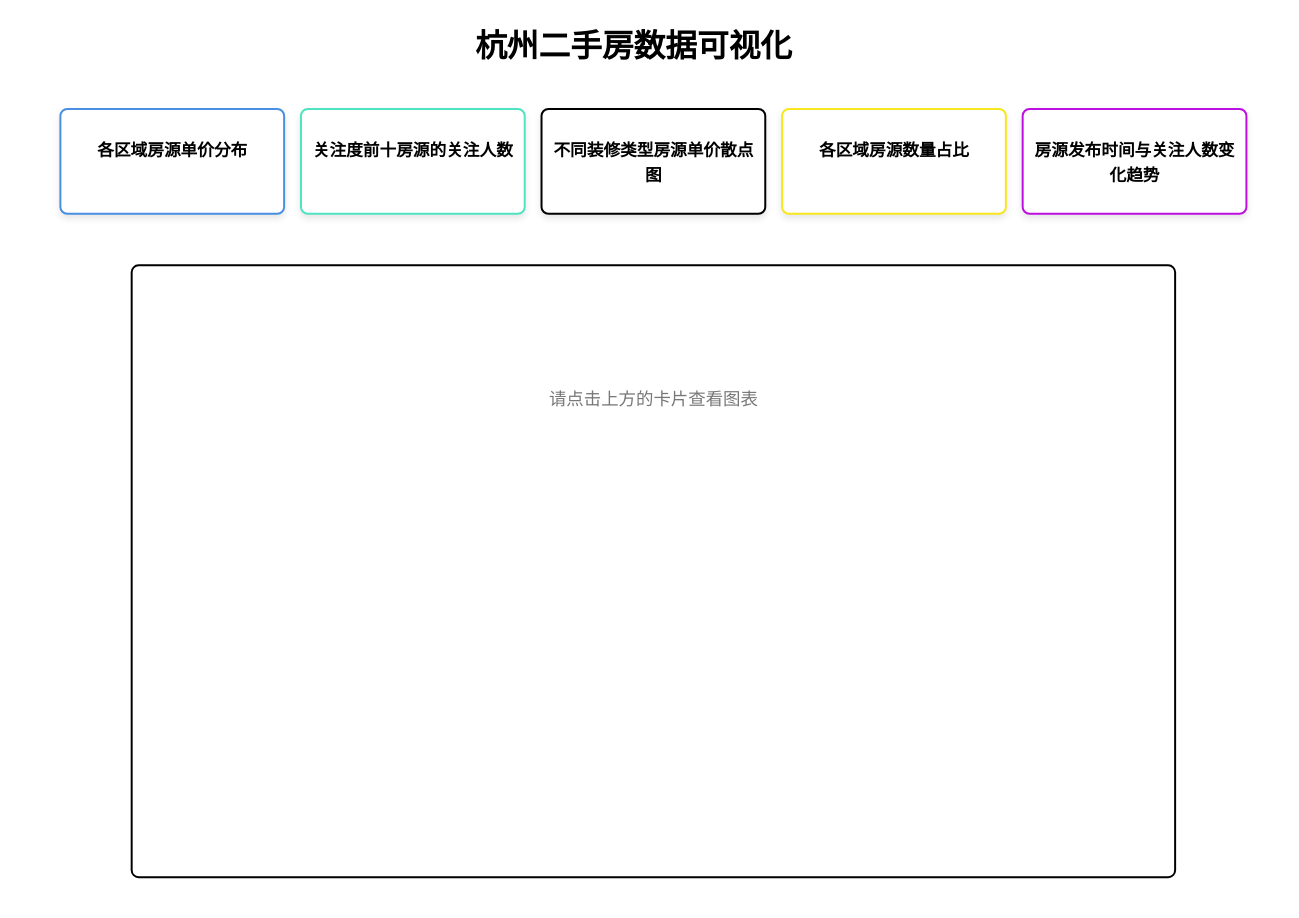
Repository: sakimi-9/DPV-SHP_HangZhou
Page: / (app in rendering/)
These files come from the project's save history. The page is drawn as it stood at one moment and after the next save; the edit follows.
The browser window is 1280 px wide. The page is 1312 px wide, so the pictures cover 1312 px, including what lies to the right of the window. The pictures show the whole page, at 99% of full size.
The project was rebuilt for these pictures with package versions that can differ from the ones it lists, and the page was loaded fresh each time. Also part of the build but not shown: rendering/vite.config.ts.

Above is the page before, as saved 2025-05-29 12:11:47.

### rendering/index.html
<!DOCTYPE html>
<html lang="en">

<head>
    <meta charset="UTF-8">
    <link rel="icon" href="/favicon.ico">
    <meta name="viewport" content="width=device-width, initial-scale=1.0">
    <title>二手房数据可视化</title>
</head>

<body>
    <div id="app"></div>
    <script type="module" src="/src/main.ts"></script>
</body>

</html>

### rendering/src/App.vue
<template>
  <div>
    <h1 style="text-align: center;">杭州二手房数据可视化</h1>

    <!-- 模式切换 UI -->


    <!-- 2D 图表区域 -->
    <HouseCharts v-if="currentMode === '2D'" :house-data="houseData" />

  </div>
</template>

<script setup lang="ts">
import { ref, onMounted } from 'vue';

// 导入新组件
import HouseCharts from './components/HouseCharts.vue';

// 导入数据解析器
import { ParsedHouse, parseHouseData } from '../util/dataParser';

// Define a ref to store the parsed data
const houseData = ref<ParsedHouse[] | null>(null);

// 定义当前模式状态
const currentMode = ref<'2D'>('2D'); // Only 2D mode is available now

// 定义控制数据分析部分显示的状态变量
const showAnalysis = ref(false);

// 切换数据分析部分显示状态的函数
const toggleAnalysis = () => {
  showAnalysis.value = !showAnalysis.value;
};

// 数据加载逻辑 (修改：先加载经纬度，再加载房源数据)
onMounted(async () => {
  try {
    const response = await fetch('/house_data.json');
    if (!response.ok) {
      throw new Error(`HTTP error! status: ${response.status}`);
    }
    const rawHouseData = await response.json();
    // 解析房源数据时传入经纬度 Map
    houseData.value = parseHouseData(rawHouseData);

    console.log('解析后的数据并存储:', houseData.value);

  } catch (error) {
    console.error('Error loading or processing data:', error);
  }
});

// 显式导出响应式变量 (可能有助于类型检查)
// export { houseData, currentMode };

</script>

<style scoped>
/* Add any specific styles for the 3D visualization container if needed */
/* Only retain App.vue's own styles */
/* HouseCharts.vue */
.chart-display-area>div[ref] {
  width: 100%;
  height: 600px;
  /* Fixed height for the chart */
}

/* HouseCharts.vue */
.chart-display-area {
  /* ... existing styles ... */
  min-height: 850px;
  /* Ensure a minimum height for the box, adjust based on chart height */
}

.chart-display-area>div[ref] {
  width: 100%;
  height: 800px;
  /* Adjusted height */
}

div {
  margin-bottom: 20px;
}

button {
  margin-right: 10px;
}

/* Add styles for the data analysis container */
.data-analysis-container {
  border: 1px solid #ccc;
  /* Add a border */
  padding: 20px;
  /* Add padding inside the box */
  margin-top: 20px;
  /* Add some space above the box */
  background-color: #f9f9f9;
  /* Add a light background color */
  border-radius: 8px;
  /* Rounded corners */
}

.data-analysis-container h2,
.data-analysis-container h3 {
  text-align: center;
  /* Center the titles within the box */
  color: #333;
  /* Darker color for titles */
  margin-bottom: 15px;
  /* Add space below titles */
}

.data-analysis-container h4 {
  margin-top: 15px;
  /* Space above h4 */
  margin-bottom: 10px;
  /* Space below h4 */
  color: #555;
  /* Slightly lighter color for h4 */
}

.data-analysis-container p {
  line-height: 1.6;
  /* Improve readability with more line spacing */
  color: #555;
  /* Slightly lighter color for text */
  margin-bottom: 10px;
  /* Adjust space between paragraphs */
}

.data-analysis-container ul {
  margin-bottom: 15px;
  /* Space below lists */
  padding-left: 20px;
  /* Indent list items */
}

.data-analysis-container ul li {
  margin-bottom: 5px;
  /* Space between list items */
  line-height: 1.5;
  /* Line spacing for list items */
  color: #555;
}


.data-analysis-container p strong {
  color: #000;
  /* Make strong text black */
}

/* Remove styles migrated to TwoDCharts.vue */
/* Keep only App.vue specific styles */

/* Example styles for layout if needed, adjust based on your structure */
/*
.container {
    max-width: 960px;
    margin: 0 auto;
    padding: 20px;
}
*/

/* Add styles for the analysis button */
.analysis-button {
  position: fixed;
  /* Fixed position relative to the viewport */
  bottom: 20px;
  /* 20px from the bottom */
  right: 20px;
  /* 20px from the right */
  z-index: 1000;
  /* Ensure it's above other content */
  padding: 10px 20px;
  font-size: 16px;
  background-color: #007bff;
  color: white;
  border: none;
  border-radius: 5px;
  cursor: pointer;
  box-shadow: 0 2px 5px rgba(0, 0, 0, 0.2);
}

.analysis-button:hover {
  background-color: #0056b3;
}
</style>

### rendering/src/components/HouseCharts.vue
<template>
    <div class="charts-container">
        <!-- Main Title - Centered in App.vue -->

        <!-- Chart Cards Grid -->
        <div class="charts-grid">
            <div v-for="(chart, index) in charts" :key="index" class="chart-card"
                :style="{ 'border-color': getCardColor(index) }" @click="selectChart(index)">
                <h3>{{ chart.title }}</h3>
            </div>
        </div>

        <!-- Chart Display Area (Black Box) -->
        <div class="chart-display-area">
            <div v-if="selectedChartIndex !== null && currentChart" class="selected-chart-content">
                <h3>{{ currentChart.title }}</h3>
                <!-- Chart rendering area - always in DOM, content controlled by JS -->
                <div ref="selectedChartDisplayRef" style="width: 100%; height: 70vh;"></div>
            </div>
            <div v-else class="placeholder-message">
                <p>请点击上方的卡片查看图表</p>
            </div>
        </div>

    </div>
</template>

<script setup lang="ts">
import { ref, onMounted, watch, computed, nextTick } from 'vue';
import * as echarts from 'echarts/core';
// Import the necessary components and charts
import { BarChart, PieChart, ScatterChart, BoxplotChart, LineChart } from 'echarts/charts';
import { GridComponent, TooltipComponent, LegendComponent, TitleComponent } from 'echarts/components';
import { CanvasRenderer } from 'echarts/renderers';

// Import data parsing functions
import {
    getAreaPriceBoxPlotData,
    getTop10FollowedHousesData,
    getRenovationPriceScatterData,
    getAreaHouseCountPieData,
    getPublishTimeFollowersTrendData
} from '../../util/chartDataParser';

echarts.use([
    BarChart,
    PieChart,
    ScatterChart,
    BoxplotChart,
    LineChart,
    GridComponent,
    TooltipComponent,
    LegendComponent,
    TitleComponent,
    CanvasRenderer,
]);

// 定义解析后的房源数据接口 (Copy from dataParser.ts for self-containment)
interface ParsedHouse {
    房源标题: string;
    室: number | null;
    厅: number | null;
    面积: number | null; // 平米
    朝向: string | null;
    装修: string | null;
    楼层信息: string | null; // 例如 "中楼层"
    总楼层: number | null;
    建筑年份: number | null; // 例如 2012
    建筑类型: string | null; // 例如 "板塔结合"
    小区名称: string | null;
    所在区域: string | null; // 例如 "临河里"
    单价: number | null; // 元/平
    关注人数: number | null;
    发布时间: string | null; // 例如 "2个月以前发布"
    标签: string[];
}

// 定义接收的 props
const props = defineProps<{ houseData: ParsedHouse[] | null }>();

// Define ref for the selected chart display area
const selectedChartDisplayRef = ref<HTMLElement | null>(null);

// Define the current chart index
const selectedChartIndex = ref<number | null>(null);

// Computed property for the current chart information
const currentChart = computed(() => {
    if (selectedChartIndex.value === null) return null;
    return charts[selectedChartIndex.value];
});

// Function to select a chart
const selectChart = (index: number) => {
    selectedChartIndex.value = index;
    console.log("Selected chart index:", selectedChartIndex.value);
};

// Function to dispose of a chart instance
const disposeChart = (chartElement: HTMLElement) => {
    const chartInstance = echarts.getInstanceByDom(chartElement);
    if (chartInstance) {
        chartInstance.dispose();
    }
};

// Function to render the selected chart
const renderSelectedChart = (
    chartInfo: { title: string, render: (element: HTMLElement, data: ParsedHouse[]) => void } | null,
    data: ParsedHouse[] | null
) => {
    // Dispose of any previously rendered chart in the display area
    if (selectedChartDisplayRef.value) {
        console.log("Disposing previous chart.");

        disposeChart(selectedChartDisplayRef.value);
        selectedChartDisplayRef.value.innerHTML = ''; // Clear previous chart content
    }

    if (!chartInfo || selectedChartIndex.value === null || !data || data.length === 0) {
        console.warn("No chart selected, no data, or chart info not ready.");
        // The placeholder is now controlled by v-else in the template
        console.log("Render conditions not met.", "Index:", selectedChartIndex.value, "Data present:", !!data, "Data length:", data ? data.length : 0);
        return;
    }

    const chartElement = selectedChartDisplayRef.value; // Get the display area element

    if (!chartElement) {
        console.warn("Chart display element is not available.");
        console.log("Render conditions not met.", "Index:", selectedChartIndex.value, "Data present:", !!props.houseData, "Data length:", props.houseData ? props.houseData.length : 0, "Element available:", !!chartElement);

        return; // Exit if the element is null
    }

    // Directly get chart info based on selected index
    if (chartElement && chartInfo) {
        // Render the current chart
        console.log(`Attempting to render chart: ${chartInfo.title}`);
        try {
            chartInfo.render(chartElement, data); // Pass the display area element to the render function
            console.log(`Successfully called render function for: ${chartInfo.title}`);
        } catch (error) {
            console.error(`Error rendering chart ${chartInfo.title}:`, error);
            chartElement.innerHTML = '<p>图表加载失败</p>';
            console.log(`Caught error during render for: ${chartInfo.title}`);
        }
    }
};

// Watch for changes in houseData or selectedChartIndex to determine if a chart *should* be rendered
watch([() => props.houseData, selectedChartIndex], async ([newData, newIndex]) => {
    // If conditions are met (data and index valid), render the chart.
    // Note: We don't await nextTick here directly for ref availability.
    // The rendering will happen when selectedChartDisplayRef becomes available.
    if (newIndex !== null && newData && newData.length > 0) {
        console.log("Data and Index valid, waiting for nextTick...");
        await nextTick(); // Wait for DOM updates

        const chartElement = selectedChartDisplayRef.value;
        if (chartElement) {
            console.log("Ref element available, attempting to render chart.", "Index:", newIndex);
            // Get the chart info directly from the charts array based on the index
            const chartInfo = charts[newIndex];
            if (chartInfo) {
                renderSelectedChart(chartInfo, newData);
            } else {
                console.error("Chart info not found for index:", newIndex);
            }
        } else {
            console.warn("Ref element not available after nextTick.");
        }
    } else {
        // If conditions are not met, dispose the current chart if it exists
        if (selectedChartDisplayRef.value) {
            console.log("Conditions not met, disposing chart.");
            disposeChart(selectedChartDisplayRef.value);
            selectedChartDisplayRef.value.innerHTML = '';
        }
    }
}, { immediate: true }); // Ensure initial check

// Function to get a color for the card based on index
const getCardColor = (index: number) => {
    const colors = ['#4A90E2', '#50E3C2', 'F5A623', '#F8E71C', '#BD10E0']; // Example colors - removed duplicate definition
    return colors[index % colors.length];
};

// --- Chart Render Functions ---

// 1. 各区域房源单价分布对比箱线图
function renderAreaPriceBoxPlot(chartElement: HTMLElement, data: ParsedHouse[]) {
    const chartData = getAreaPriceBoxPlotData(data);

    if (chartData.length === 0) {
        echarts.dispose(chartElement);
        chartElement.innerHTML = '<p>暂无区域单价分布数据</p>';
        return;
    }

    const areas = chartData.map(item => item.area);
    const prices = chartData.map(item => item.prices);

    const myChart = echarts.init(chartElement);
    console.log("ECharts instance initialized for:", "各区域房源单价分布");
    const option = {
        title: {
            text: '各区域房源单价分布',
            left: 'center'
        },
        tooltip: {
            trigger: 'item',
            axisPointer: { type: 'shadow' }
        },
        xAxis: {
            type: 'category',
            data: areas,
            boundaryGap: true,
            nameMap: areas,
            axisLabel: {
                interval: 0,
                rotate: 30,
                overflow: 'breakAll',
                ellipsis: '...'
            }
        },
        yAxis: {
            type: 'value',
            name: '单价 (元/平)'
        },
        series: [
            {
                name: '单价分布',
                type: 'boxplot',
                data: prices,
                tooltip: {
                    formatter: function (param: any) { // Keep any type for simplicity
                        if (param.data) {
                            return [
                                `区域: ${param.name}<br/>`,
                                `最大值: ${param.data[5].toFixed(2)}<br/>`,
                                `第三四分位数: ${param.data[4].toFixed(2)}<br/>`,
                                `中位数: ${param.data[3].toFixed(2)}<br/>`,
                                `第一四分位数: ${param.data[2].toFixed(2)}<br/>`,
                                `最小值: ${param.data[1].toFixed(2)}`
                            ].join('');
                        }
                        return '';
                    }
                }
            }
        ]
    };
    console.log("Setting option for:", "各区域房源单价分布", option);
    myChart.setOption(option);
}

// 2. 关注度前十房源的关注人数柱状图
function renderTop10FollowersBar(chartElement: HTMLElement, data: ParsedHouse[]) {
    const chartData = getTop10FollowedHousesData(data);

    if (chartData.length === 0) {
        echarts.dispose(chartElement);
        chartElement.innerHTML = '<p>暂无关注度前十房源数据</p>';
        return;
    }

    const titles = chartData.map(item => item.title);
    const followers = chartData.map(item => item.followers);

    const myChart = echarts.init(chartElement);
    console.log("ECharts instance initialized for:", "关注度前十房源的关注人数");
    const option = {
        title: {
            text: '关注度前十房源的关注人数',
            left: 'center'
        },
        tooltip: {},
        xAxis: {
            type: 'category',
            data: titles,
            axisLabel: {
                interval: 0,
                rotate: 30,
                overflow: 'breakAll',
                ellipsis: '...'
            }
        },
        yAxis: {
            type: 'value',
            name: '关注人数'
        },
        series: [
            {
                name: '关注人数',
                type: 'bar',
                data: followers
            }
        ]
    };
    console.log("Setting option for:", "关注度前十房源的关注人数", option);
    myChart.setOption(option);
}

// 3. 不同装修类型房源单价散点图
function renderRenovationPriceScatter(chartElement: HTMLElement, data: ParsedHouse[]) {
    const chartData = getRenovationPriceScatterData(data);

    if (chartData.length === 0) {
        echarts.dispose(chartElement);
        chartElement.innerHTML = '<p>暂无装修类型与单价数据</p>';
        return;
    }

    const scatterData = chartData.map((item: { renovation: string, price: number }) => [item.price, item.renovation]); // Explicitly type item

    // Get unique renovation types for y-axis categories
    const renovationTypes = Array.from(new Set(chartData.map((item: { renovation: string, price: number }) => item.renovation))) as string[]; // Explicitly type item and result

    const myChart = echarts.init(chartElement);
    console.log("ECharts instance initialized for:", "不同装修类型房源单价散点图");
    const option = {
        title: {
            text: '不同装修类型房源单价散点图',
            left: 'center'
        },
        tooltip: {
            trigger: 'axis',
            axisPointer: { type: 'shadow' },
            formatter: function (params: any) { // Keep any type for simplicity
                const item = params[0];
                return `装修: ${item.value[1]}<br/>单价: ${item.value[0].toFixed(2)} 元/平`;
            }
        },
        xAxis: {
            type: 'value',
            name: '单价 (元/平)'
        },
        yAxis: {
            type: 'category',
            data: renovationTypes,
            name: '装修类型'
        },
        series: [
            {
                name: '房源',
                type: 'scatter',
                data: scatterData
            }
        ]
    };
    console.log("Setting option for:", "不同装修类型房源单价散点图", option);
    myChart.setOption(option);
}

// 4. 各区域房源数量占比饼图
function renderAreaCountPie(chartElement: HTMLElement, data: ParsedHouse[]) {
    const chartData = getAreaHouseCountPieData(data);

    if (chartData.length === 0) {
        echarts.dispose(chartElement);
        chartElement.innerHTML = '<p>暂无区域房源数量数据</p>';
        return;
    }

    const pieData = chartData.map((item: { area: string, count: number }) => ({
        name: item.area,
        value: item.count
    })); // Explicitly type item

    const myChart = echarts.init(chartElement);
    console.log("ECharts instance initialized for:", "各区域房源数量占比");
    const option = {
        title: {
            text: '各区域房源数量占比',
            left: 'center'
        },
        tooltip: {
            trigger: 'item',
            formatter: '{a} <br/>{b}: {c} ({d}%)'
        },
        legend: {
            orient: 'vertical',
            left: 'left',
            data: chartData.map((item: { area: string, count: number }) => item.area) // Explicitly type item
        },
        series: [
            {
                name: '房源数量',
                type: 'pie',
                radius: '50%',
                data: pieData,
                emphasis: {
                    itemStyle: {
                        shadowBlur: 10,
                        shadowOffsetX: 0,
                        shadowColor: 'rgba(0, 0, 0, 0.5)'
                    }
                }
            }
        ]
    };
    console.log("Setting option for:", "各区域房源数量占比", option);
    myChart.setOption(option);
}

// 5. 房源发布时间与关注人数变化趋势折线图
function renderPublishTimeFollowersLine(chartElement: HTMLElement, data: ParsedHouse[]) {
    const chartData = getPublishTimeFollowersTrendData(data);

    if (chartData.length === 0) {
        echarts.dispose(chartElement);
        chartElement.innerHTML = '<p>暂无发布时间与关注人数趋势数据</p>';
        return;
    }

    const times = chartData.map((item: { time: string, totalFollowers: number }) => item.time); // Explicitly type item
    const totalFollowers = chartData.map((item: { time: string, totalFollowers: number }) => item.totalFollowers); // Explicitly type item

    const myChart = echarts.init(chartElement);
    console.log("ECharts instance initialized for:", "房源发布时间与关注人数变化趋势");
    const option = {
        title: {
            text: '房源发布时间与关注人数变化趋势',
            left: 'center'
        },
        tooltip: {
            trigger: 'axis'
        },
        xAxis: {
            type: 'category',
            data: times,
            axisLabel: {
                interval: 0,
                rotate: 30,
                overflow: 'breakAll',
                ellipsis: '...'
            }
        },
        yAxis: {
            type: 'value',
            name: '总关注人数'
        },
        series: [
            {
                name: '总关注人数',
                type: 'line',
                data: totalFollowers
            }
        ]
    };
    console.log("Setting option for:", "房源发布时间与关注人数变化趋势", option);
    myChart.setOption(option);
}

// Define the list of charts with their titles and render functions
const charts = [
    { title: '各区域房源单价分布', render: renderAreaPriceBoxPlot },
    { title: '关注度前十房源的关注人数', render: renderTop10FollowersBar },
    { title: '不同装修类型房源单价散点图', render: renderRenovationPriceScatter },
    { title: '各区域房源数量占比', render: renderAreaCountPie },
    { title: '房源发布时间与关注人数变化趋势', render: renderPublishTimeFollowersLine },
];

// Initial render logic (optional, handled by watch with immediate: true)
/*
onMounted(() => {
    renderSelectedChart(props.houseData);
});
*/

</script>

<style scoped>
.charts-container {
    display: flex;
    flex-direction: column;
    gap: 30px;
    /* Increased gap */
    align-items: center;
    margin-top: 20px;
    /* Adjusted top margin */
    padding: 20px;
    width: 100%;
    /* Ensure container takes full width */
}

.charts-grid {
    display: grid;
    grid-template-columns: repeat(5, 1fr);
    /* Changed to 5 equal columns */
    gap: 15px;
    /* Reduced gap to make cards smaller */
    width: 100%;
    max-width: 1200px;
    /* Keep max width */
    justify-content: center;
}

.chart-card {
    background-color: #fff;
    border: 2px solid;
    /* Use border-color from style binding */
    border-radius: 8px;
    padding: 10px;
    /* Reduced padding */
    text-align: center;
    cursor: pointer;
    box-shadow: 0 4px 8px rgba(0, 0, 0, 0.1);
    transition: transform 0.3s ease, box-shadow 0.3s ease;
    font-size: 0.9em;
    /* Slightly reduced font size */
}

.chart-card:hover {
    transform: translateY(-5px);
    box-shadow: 0 6px 12px rgba(0, 0, 0, 0.15);
}

/* --- 图表显示区域容器样式 (黑色边框区域) --- */
.chart-display-area {
    margin-top: 20px;
    /* Space above the display area */
    border: 2px solid black;
    /* Black border */
    border-radius: 8px;
    padding: 20px;
    width: 80%;
    flex-direction: column;
    align-items: center;
    min-height: 80vh;
    /* Ensure a minimum height for the box, adjusted for larger chart */
    /* Ensure a minimum height for the box */
}

.chart-display-area h3 {
    margin-top: 0;
    margin-bottom: 0px;
}

/* --- ECharts 图表实际渲染区域样式 (div[ref=selectedChartDisplayRef]) --- */
/* 调整这里的 width 和 height 可以直接改变图表的大小 */
.chart-display-area>div[ref] {
    width: 100%;
    height: 80vh;
    /* 例如，占视口高度的 70% */
}

.placeholder-message {
    text-align: center;
    color: #777;
    font-size: 1.1em;
    margin-top: 100px;
    /* Center message vertically */
}

/* Removed carousel related styles */
</style>

Loaded but not shown: rendering/src/main.ts (common file); rendering/public/house_data.json (1034 lines, source omitted); rendering/util/dataParser.ts (112 lines, source omitted); rendering/util/chartDataParser.ts (107 lines, source omitted)

After the next save:
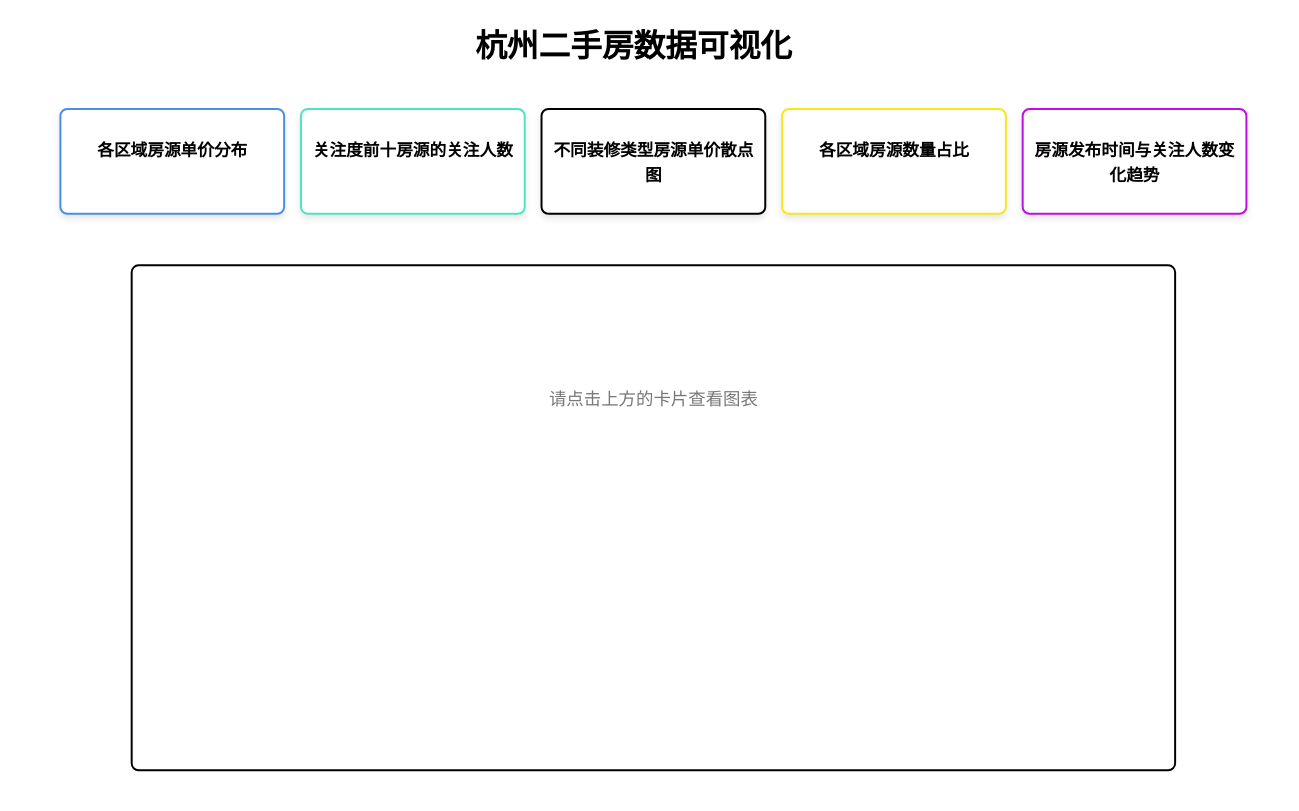
Saved 28 s later.
--- a/rendering/src/components/HouseCharts.vue
+++ b/rendering/src/components/HouseCharts.vue
@@ -528,7 +528,7 @@ onMounted(() => {
     width: 80%;
     flex-direction: column;
     align-items: center;
-    min-height: 80vh;
+    min-height: 65vh;
     /* Ensure a minimum height for the box, adjusted for larger chart */
     /* Ensure a minimum height for the box */
 }
@@ -542,7 +542,7 @@ onMounted(() => {
 /* 调整这里的 width 和 height 可以直接改变图表的大小 */
 .chart-display-area>div[ref] {
     width: 100%;
-    height: 80vh;
+    height: 60vh;
     /* 例如，占视口高度的 70% */
 }
 
